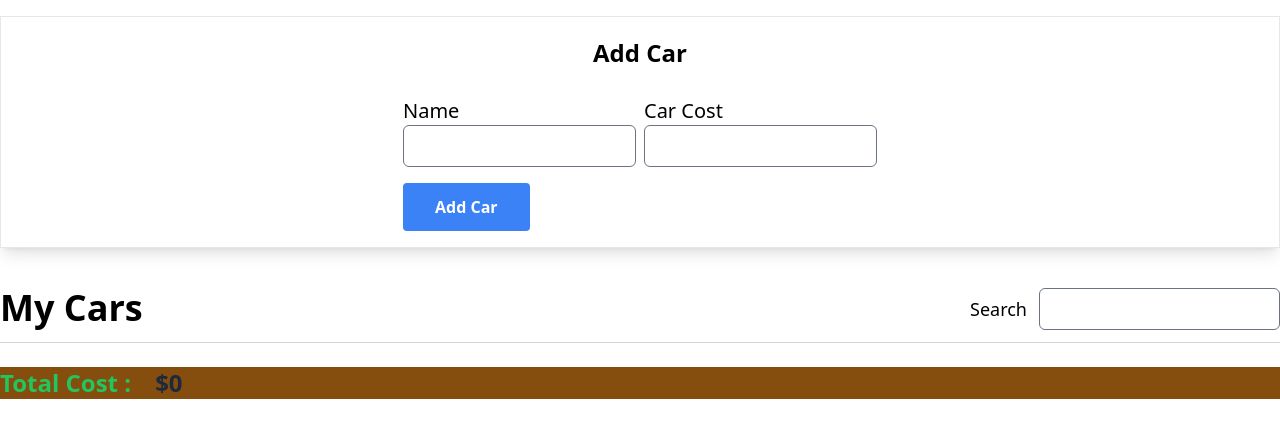
Repository: Marhamat92/carsappreduxtoolkit
Page: /
These files come from the project's save history. The page is drawn as it stood at one moment and after the next save; the edit follows.
The browser window is 1280 px wide. The pictures show the whole page.
The project was rebuilt for these pictures with package versions that can differ from the ones it lists, and the page was loaded fresh each time.

Above is the page before, as saved 2023-01-24 00:47:29.

### src/index.js
import React from 'react';
import ReactDOM from 'react-dom/client';
import './index.css';
import App from './App';
import { Provider } from 'react-redux';
import { store } from './store'


const root = ReactDOM.createRoot(document.getElementById('root'));
root.render(
  <Provider store={store}>
    <App />
  </Provider>
);

### src/App.js
import CarForm from "./components/CarForm";
import CarList from "./components/CarList";
import CarSearch from "./components/CarSearch";
import CarValue from "./components/CarValue";


function App() {
  return (
    <div className="container mx-auto">
      <CarForm />
      <CarSearch />
      <CarList />
      <CarValue />
    </div>
  );
}

export default App;

### src/store/index.js
import { configureStore } from "@reduxjs/toolkit";
import {
  carsReducer,
  addCar,
  removeCar,
  changeSearchTerm,
} from "./slices/carsSlice";
import { formReducer, changeName, changeCost } from "./slices/formSlice";

const store = configureStore({
  reducer: {
    cars: carsReducer,
    form: formReducer,
  },
})

export { store, addCar, removeCar, changeSearchTerm, changeName, changeCost };

### src/components/CarForm.js
import React from 'react'
import { useDispatch, useSelector } from 'react-redux'
import { changeName, changeCost, addCar } from '../store'



function CarForm() {
  const dispatch = useDispatch(); // this is the hook that allows us to dispatch actions to the store
  const { name, cost } = useSelector((state) => { // this is the hook that allows us to access the store
    return {
      name: state.form.name,
      cost: state.form.cost
    }
  })


  const handleNameChange = (e) => {
    dispatch(changeName(e.target.value))
  }

  const handleCostChange = (e) => {
    const carCost = parseInt(e.target.value) || 0;
    dispatch(changeCost(carCost))

  }


  const handleSubmit = (e) => {
    e.preventDefault();
    dispatch(addCar({ name, cost }))
  }


  //!after adding a car, clear the form fields with extra reducers which will be added to the formSlice,otherwise we can use dispatch(changeName('')) and dispatch(changeCost(0)) to clear the form fields but it is not a good practice



  return (
    <div className='flex flex-col items-center justify-center border shadow-lg py-4 mt-4'>
      <h1 className='font-bold text-2xl py-1' >Add Car</h1>
      <div className='mt-6'>
        <form onSubmit={handleSubmit} className=''>
          <div className='flex flex-row space-x-2'>
            <div className='flex flex-col'>
              <label className='text-xl' htmlFor='make'>Name</label>
              <input className=' border border-gray-500 rounded-md py-2

              ' value={name} onChange={handleNameChange} type='text' name='carName' id='carName' />
            </div>
            <div className='flex flex-col'>
              <label className='text-xl' htmlFor='price'>Car Cost</label>
              <input className=' border border-gray-500 rounded-md py-2

              ' value={cost || ''} onChange={handleCostChange} type='number' name='price' id='price' />
            </div>
          </div>
          <button className='bg-blue-500 hover:bg-blue-700 text-white font-bold py-3  px-8 rounded mt-4' type='submit'>Add Car</button>
        </form>
      </div>
    </div>
  )
}

export default CarForm

### src/components/CarList.js
import React from 'react'
import { useSelector, useDispatch } from 'react-redux'
import { removeCar } from '../store'


function CarList() {


  const dispatch = useDispatch();

  const cars = useSelector(({ cars: { searchTerm, data } }) => {   //! <--- destructuring the state object to get the searchTerm and data properties
    return data.filter((car) => {
      return car.name.toLowerCase().includes(searchTerm.toLowerCase())
    })
  })

  const handleDeleteCar = (car) => {
    dispatch(removeCar(car.id))
  }



  const renderedCars = cars.map((car) => {
    return (
      <div className='flex justify-between space-y-3 items-center shadow-lg mt-4 py-2 px-4 rounded-md' key={car.id}>
        <p className='text-3xl' >{car.name} - ${car.cost}</p>
        <button onClick={() => handleDeleteCar(car)} className='bg-red-500 px-4 py-2 text-3xl rounded-md'>
          Remove
        </button>
      </div>
    )
  })




  return (
    <div>{renderedCars}</div>
  )
}

export default CarList

### src/components/CarSearch.js
import React from 'react'
import { useSelector, useDispatch } from 'react-redux'
import { changeSearchTerm } from '../store'


function CarSearch() {

  const dispatch = useDispatch();
  const searchTerm = useSelector((state) => {

    return state.cars.searchTerm

  })

  const handleSearchCarTerm = (e) => {
    dispatch(changeSearchTerm(e.target.value))
  }



  return (
    <div>
      <div className='flex justify-between mt-10 border-b border-gray-300 pb-3' >
        <h1 className='text-4xl font-bold' >My Cars</h1>
        <div className='flex space-x-3 items-center' >
          <label className='text-lg' htmlFor="">Search</label>
          <input value={searchTerm} onChange={handleSearchCarTerm} className='pl-2 border border-gray-500 py-2 rounded-md' type="text" />
        </div>
      </div>
    </div>
  )
}

export default CarSearch

### src/components/CarValue.js
import React from 'react'
import { useSelector } from 'react-redux'

function CarValue() {

  const totalCost = useSelector(({ cars: { data, searchTerm } }) =>
    data.filter((car) => car.name.toLowerCase().includes(searchTerm.toLowerCase())
    )
      .reduce((acc, car) => acc + car.cost, 0)
  );



  return (
    <div className='flex  space-x-6 mt-6 bg-yellow-800'>
      <h1 className='text-2xl font-bold text-green-500' >Total Cost :</h1>
      <h1 className='text-2xl font-bold text-slate-800'>${totalCost}</h1>
    </div>
  )
}

export default CarValue

### src/store/slices/carsSlice.js
import { createSlice, nanoid } from '@reduxjs/toolkit';

const carsSlice = createSlice({
  name: 'cars',
  initialState: {
    data: [],
    searchTerm: ''
  },
  reducers: {
    changeSearchTerm(state, action) {
      state.searchTerm = action.payload;
    },
    addCar(state, action) {
      //Assumption:
      //action.payload is an object with the following properties:
      //name, cost, id
      state.data.push({
        name: action.payload.name,
        cost: action.payload.cost,
        id: nanoid()
      })
    },
    removeCar(state, action) {
      //Assumption:
      //action.payload is the id of the car to remove
      const updatedCars = state.data.filter((car) => {
        return car.id !== action.payload;
      })
      state.data = updatedCars;
    }

  }
})

export const { changeSearchTerm, addCar, removeCar } = carsSlice.actions;
export const carsReducer = carsSlice.reducer;

### src/store/slices/formSlice.js
import { createSlice } from '@reduxjs/toolkit';
import { addCar } from './carsSlice';

const formSlice = createSlice({
  name: 'form',
  initialState: {
    name: '',
    cost: 0
  },
  reducers: {
    changeName(state, action) {
      state.name = action.payload;
    },
    changeCost(state, action) {
      state.cost = action.payload;
    }
  },
  extraReducers(builder) {
    builder.addCase(addCar, (state, action) => {
      state.name = '';
      state.cost = 0;
    })
  }
})

//extraReducers is a function that takes a builder object as an argument and we can use the builder object to add extra reducers to the formSlice
//addCase is a function that takes an action and a reducer as arguments and adds the reducer to the formSlice
//the reducer will be called when the action is dispatched


export const { changeName, changeCost } = formSlice.actions;
export const formReducer = formSlice.reducer;

Loaded but not shown: public/index.html (common file); src/index.css (common file); tailwind.config.js (common file)

After the next save:
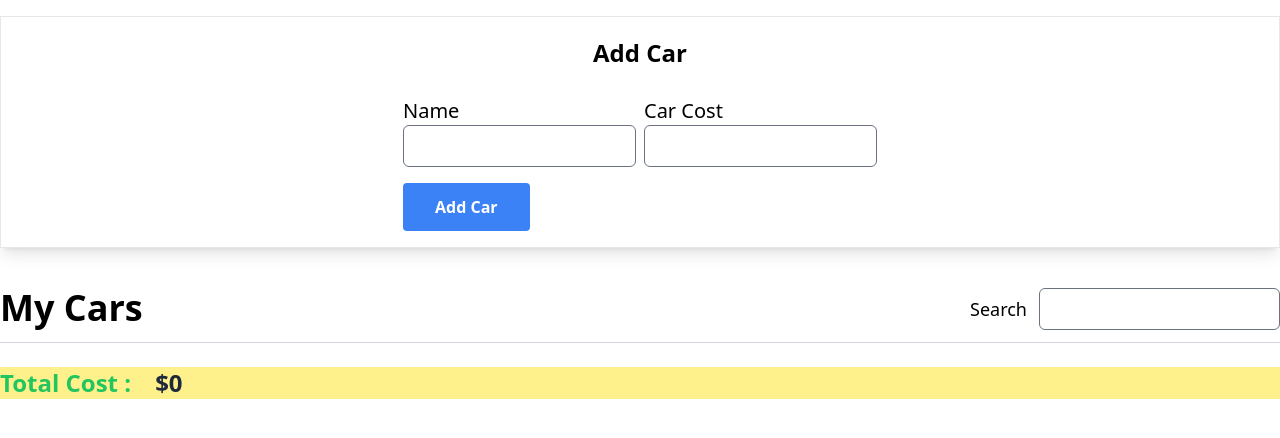
Saved 12 s later.
--- a/src/components/CarValue.js
+++ b/src/components/CarValue.js
@@ -12,7 +12,7 @@ function CarValue() {
 
 
   return (
-    <div className='flex  space-x-6 mt-6 bg-yellow-800'>
+    <div className='flex  space-x-6 mt-6 bg-yellow-200'>
       <h1 className='text-2xl font-bold text-green-500' >Total Cost :</h1>
       <h1 className='text-2xl font-bold text-slate-800'>${totalCost}</h1>
     </div>
